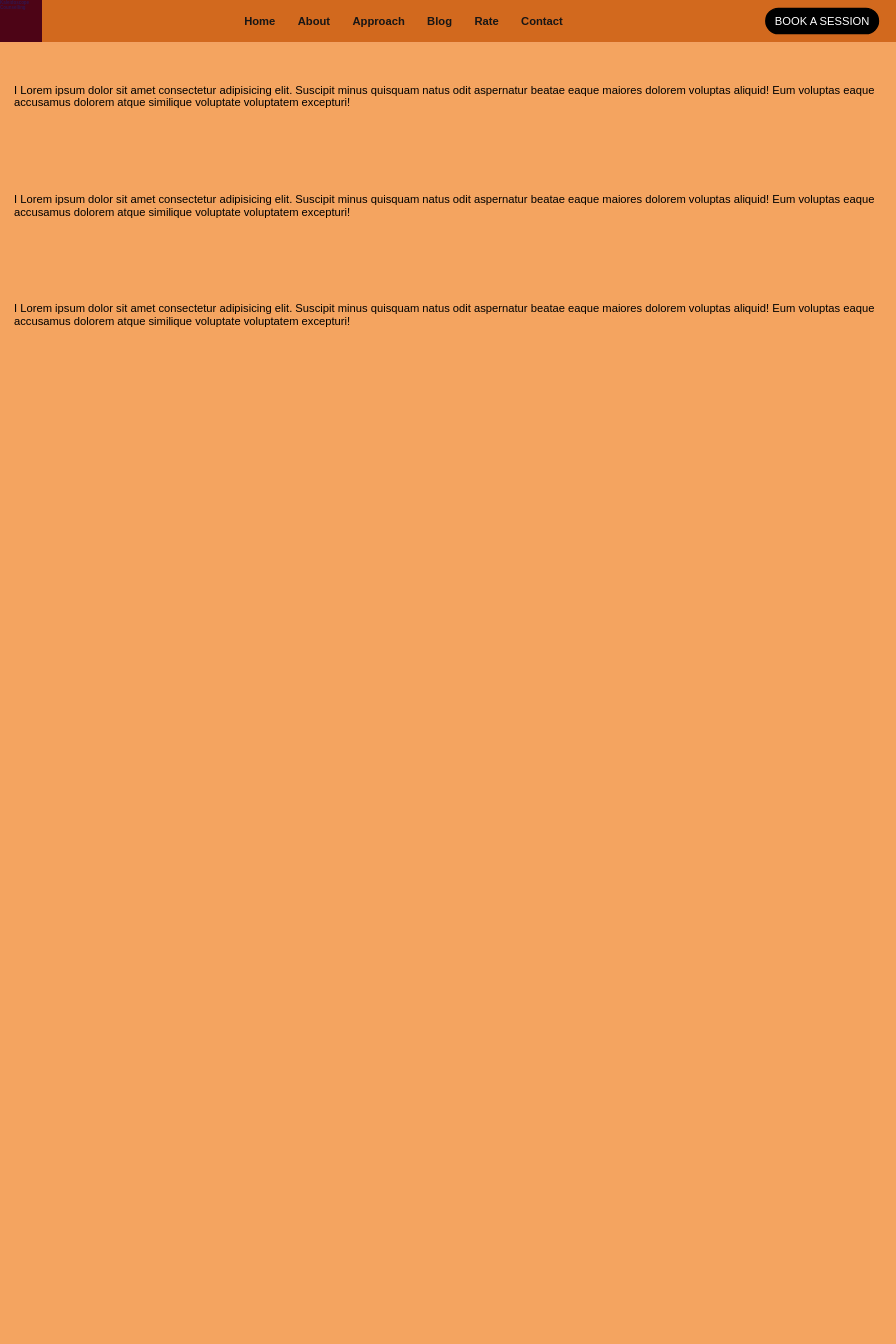
Repository: voutadi/Project1
Page: index.html
The author's editor kept a copy of each file at every save. The page is drawn from the files as they stood at one save, then again after a run of saves.
The browser window is 1280 px wide. The pictures show the part of the page from y = 0 to 1920 px (the page is 3120 px tall), at 70% of full size.

Above is the page before, as saved 2024-08-05 00:12:50.

### index.html
<!DOCTYPE html>
<html lang="en">
  <head>
    <meta charset="UTF-8" />
    <meta name="viewport" content="width=device-width, initial-scale=1.0" />
    <link rel="stylesheet" href="styles/style.css" />

    <title>Kaleidoscope Counselling</title>
  </head>
  <body>
    <header>
      <div class="logo-container">
        <div class="logo">
          Kaleidoscope <br />
          Counselling
        </div>
      </div>
      <nav class="navbar">
        <ul>
          <li><a href="#home">Home</a></li>
          <li><a href="https://www.psychologytoday.com/ca/therapists/ava-outadi-port-moody-bc/1111563">About</a></li>
          <li><a href="#approach">Approach</a></li>
          <li><a href="#blog">Blog</a></li>
          <li><a href="#rate">Rate</a></li>
          <li><a href="#contact">Contact</a></li>
        </ul>
      </nav>
      <button>BOOK A SESSION</button>
    </header>

    <p>
      I Lorem ipsum dolor sit amet consectetur adipisicing elit. Suscipit minus
      quisquam natus odit aspernatur beatae eaque maiores dolorem voluptas
      aliquid! Eum voluptas eaque accusamus dolorem atque similique voluptate
      voluptatem excepturi!
    </p>
    <p>
      I Lorem ipsum dolor sit amet consectetur adipisicing elit. Suscipit minus
      quisquam natus odit aspernatur beatae eaque maiores dolorem voluptas
      aliquid! Eum voluptas eaque accusamus dolorem atque similique voluptate
      voluptatem excepturi!
    </p>
    <p>
      I Lorem ipsum dolor sit amet consectetur adipisicing elit. Suscipit minus
      quisquam natus odit aspernatur beatae eaque maiores dolorem voluptas
      aliquid! Eum voluptas eaque accusamus dolorem atque similique voluptate
      voluptatem excepturi!
    </p>
  </body>
</html>

### styles/style.css
* {
  margin: 0;
  padding: 0;
  box-sizing: border-box;
}
body {
  background-color: rgb(244,164,96);
  height: 3000px;
  font-family: Arial, Helvetica, sans-serif;
  font-size: 1rem;
}
header {
  max-width: 100%; /*Make sure Take all of her parent element(body)on all different devices .*/
  height: 60px;
  position: fixed;
  top: 0;
  left: 0;
  right: 0;
  background-color: rgb(210,105,30);
  display: flex;
  justify-content: space-between;
  align-items: center;

  box-shadow: 0 2px 4px rgba(243, 172, 172, 0.15); /* Adds a subtle shadow for depth, optional */
}
.logo-container {
  width: 60px;; /* Put condition for smaller or biger divice*/
  background-color: rgb(77, 4, 22);
  height: 60px;
}
.logo {
  color: rgb(50, 21, 77);
  font-size: 0.4rem;
  font-weight: bold;
}

.navbar ul {
  display: flex;
  flex: 1;
  justify-content: center;
  list-style-type: none;
  flex-wrap: wrap;
}
.navbar li {
  margin: 1rem;
}
.navbar a {
  font-size: 1rem;
  color: rgb(23, 22, 22);
  font-weight: 700;

  text-decoration: none;
}
.navbar a:hover {
  background-color: rgb(184, 175, 175);
  padding: 5px 10px;
  border-radius: 16px;
  transition: 0.15s;
}

.navbar a:active {
  background-color: rgb(166, 162, 162);
  padding: 10px 10px;
  border-radius: 16px;
  transition: 0.15s;

}

button {
  background-color: black;
  color: white;

  font-size: 1rem;
  padding: 8px 12px;
  margin-right: 1.5rem;
  border-width: 2px;
  border-style: solid;
  border-radius: 20px;
  cursor: pointer;
}
button:hover {
  background-color: white;
  color: black;
  transition: 0.15s;
  padding: 12px 18px;
}
button:active {
  padding: 18px 24px;
}
p {
  margin-top: 120px;
  margin-left: 20px;
}
@media (max-width: 380px) {
  body {
    font-size: 0.4rem;/* Smaller font size */

  }
  button {
    font-size: 0.4rem;
    padding: 2px;
    margin-right: 0.4rem;
    border-radius: 8px;
  }
  button:hover {
    font-size: 0.4rem;
    padding: 2px;
  }
  button:active {
    padding: 3px;
  }
  .navbar li {
    margin: 0.2rem;
  }
  .navbar a {
    font-size: 0.5rem;
    margin: 0.2rem ;
  }
}


@media (max-width: 600px) {
  body {
    font-size: 0.5rem;
  } /* Smaller font size */
  button {
    font-size: 0.5rem;
    padding: 2px 4px;
    margin-right: 0.5rem;
    border-radius: 10px;
  }
  button:hover {
    font-size: 0.5rem;
    padding: 2px;
  }
  button:active {
    padding: 3px;
  }
  .navbar li {
    margin: 0.3rem;
  }
  .navbar a {
    font-size: 0.6rem;
  }
}
@media (min-width: 601px) and (max-width: 900px) {
  body {
    font-size: 0.75rem;
  } /* Smaller font size */
  button {
    font-size: 0.75rem;
    padding: 2px 4px;
    margin-right: 0.75rem;
    border-radius: 10px;
  }
  button:hover {
    font-size: 0.75rem;
    padding: 2px;
  }
  button:active {
    padding: 3px;
  }
  .navbar li {
    margin: 0.5rem;
  }
  .navbar a {
    font-size: 0.8rem;
  }
}

After the next 2 saves:
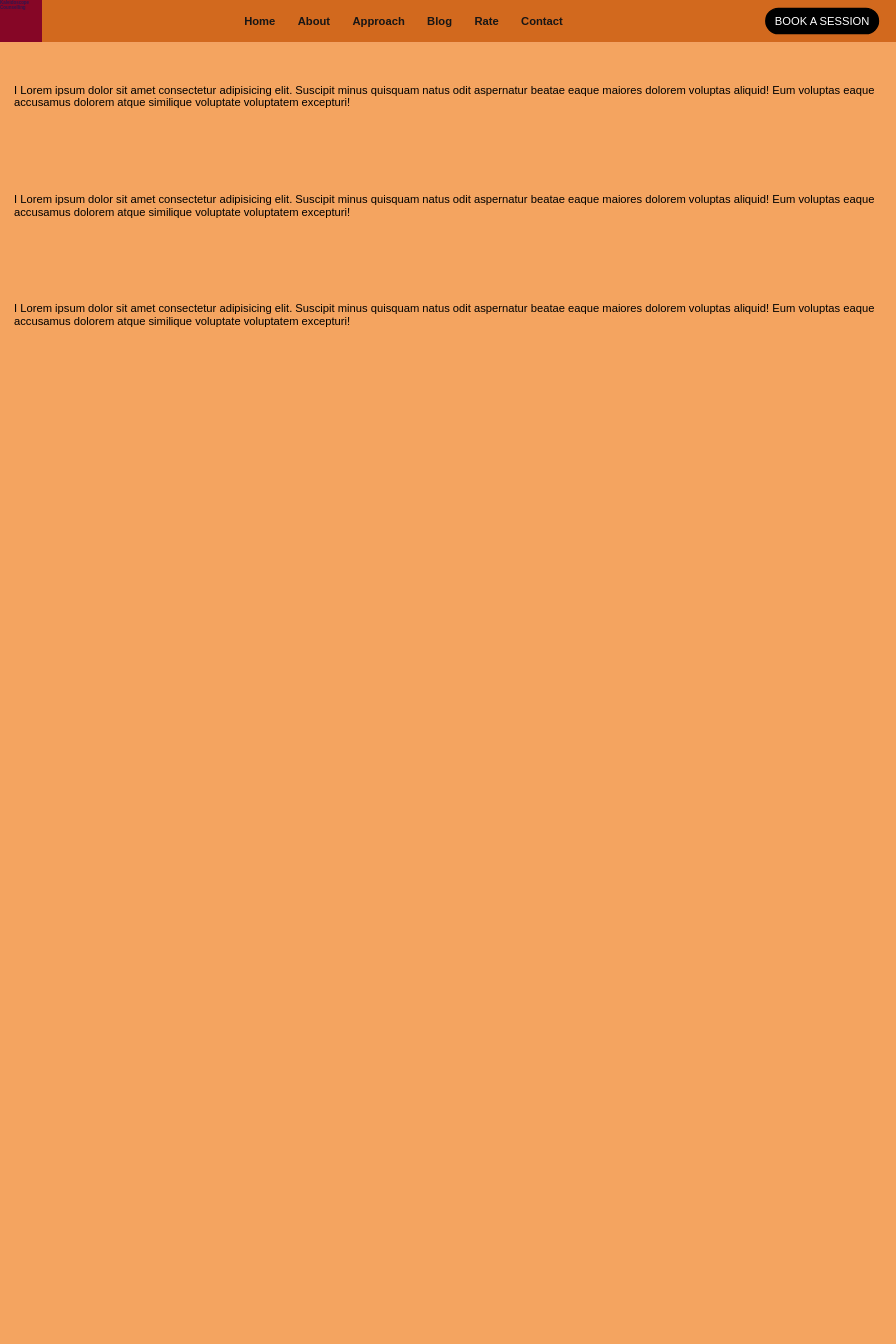
The 2 saves are shown as one change because they came seconds apart.
The last was saved 49 s later.
--- a/styles/style.css
+++ b/styles/style.css
@@ -25,7 +25,7 @@ header {
 }
 .logo-container {
   width: 60px;; /* Put condition for smaller or biger divice*/
-  background-color: rgb(77, 4, 22);
+  background-color: rgb(134, 6, 38);
   height: 60px;
 }
 .logo {
